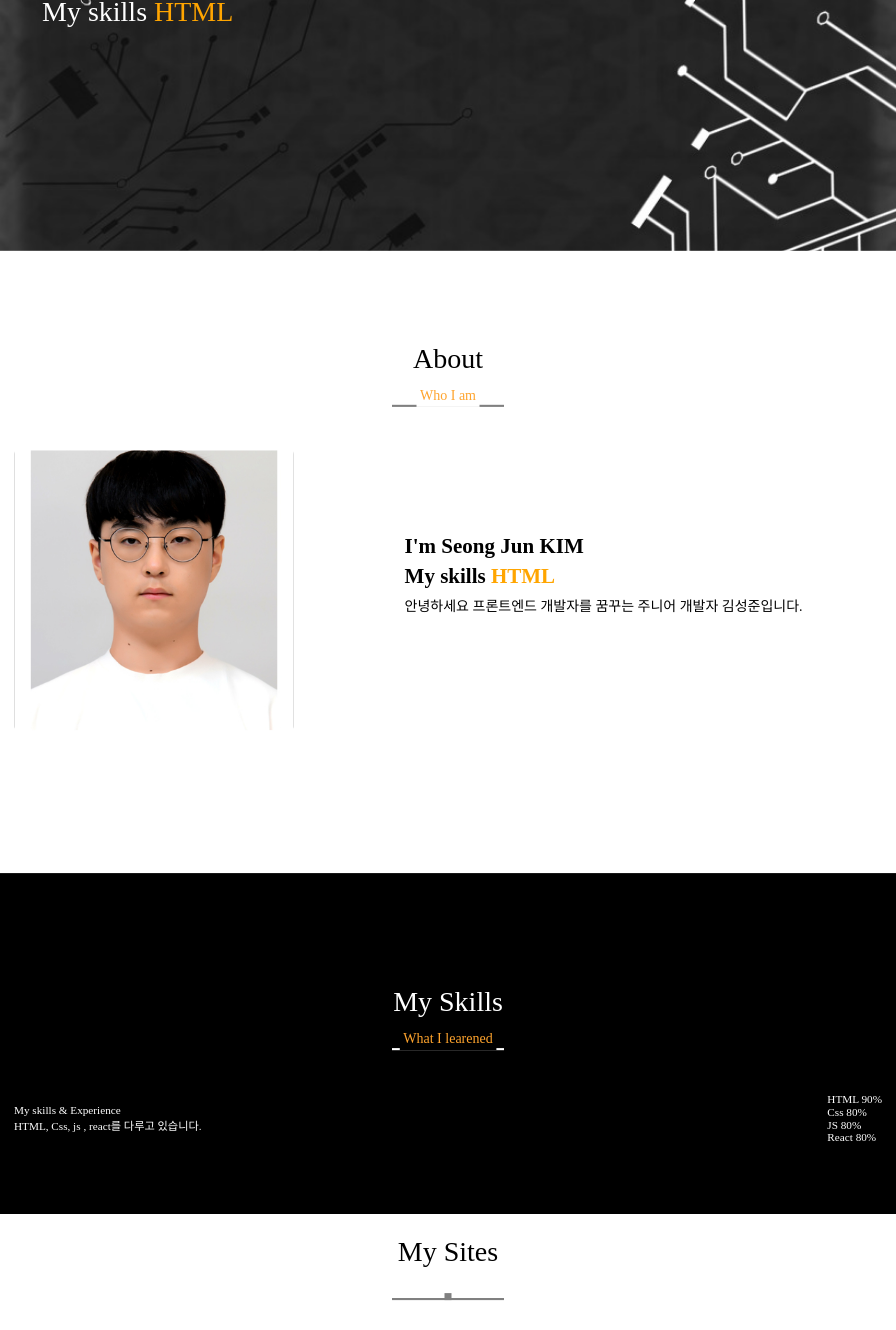
Repository: jun01270/jun
Page: index.html
These files come from the project's save history. The page is drawn as it stood at one moment and after the next save; the edit follows.
The browser window is 1280 px wide. The pictures show the part of the page from y = 435 to 2335 px (the page is 3348 px tall before and 3374 px after), at 70% of full size.
A picture or video elsewhere on the page could not be fetched, so the positions and the page height are approximate. Some web libraries are served in a nearby version.

Above is the page before, as saved 2023-05-10 14:49:11.

### index.html
<!DOCTYPE html>
<html lang="en">
  <head>
    <meta charset="UTF-8" />
    <meta http-equiv="X-UA-Compatible" content="IE=edge" />
    <meta name="viewport" content="width=device-width, initial-scale=1.0" />
    <link rel="stylesheet" href="./css/style.css" />
    <link rel="stylesheet" href="./css/home.css" />
    <link rel="stylesheet" href="./css/about.css" />
    <link rel="stylesheet" href="./css/skills.css" />
    <link rel="stylesheet" href="./css/contact.css" />

    <script
      src="https://kit.fontawesome.com/252eac6dbf.js"
      crossorigin="anonymous"
    ></script>
    <title>Jun's site</title>
  </head>
  <body>
    <nav class="navbar">
      <div class="max-width">
        <div class="logo">
          <a href="#home">Jun's <span>Site</span></a>
        </div>
        <ul class="menu-bar">
          <li><a href="#home" class="menu-btn" id="homeID">Home</a></li>
          <li><a href="#about" class="menu-btn" id="homeID">About</a></li>
          <li><a href="#skills" class="menu-btn">Skills</a></li>
          <li><a href="#my-sites" class="menu-btn">My Sties</a></li>
          <li><a href="#contact" class="menu-btn">Contact</a></li>
        </ul>
      </div>
    </nav>

    <!--home섹션-->
    <section class="home" id="home">
      <div class="max-width">
        <div class="home-section">
          <div class="text-1">Hello! My Name is</div>
          <div class="text-2">Seong Jun KIM</div>
          <div class="text-3">My skills <span class="typing1">HTML</span></div>
        </div>
      </div>
    </section>

    <!--about섹션-->
    <section class="about" id="about">
      <div class="max-width">
        <h2 class="title">About</h2>
        <div class="about-content">
          <div class="left-column"><img src="./img/profile.jpg" /></div>
          <div class="right-column">
            <div class="about-text">I'm Seong Jun KIM</div>
            <div class="about-skills">
              My skills <span class="typing2">HTML</span>
            </div>
            <p>
              안녕하세요 프론트엔드 개발자를 꿈꾸는 주니어 개발자 김성준입니다.
            </p>
          </div>
        </div>
      </div>
    </section>

    <!--skills섹션-->
    <section class="skills">
      <div class="max-width">
        <h2 class="title">My Skills</h2>
        <div class="skills-content">
          <div class="left-column">
            <div class="skills-text">
              <div class="sub-title">My skills & Experience</div>
              <p>HTML, Css, js , react를 다루고 있습니다.</p>
            </div>
          </div>
          <div class="rigth-column">
            <div class="bars">
              <div class="bars-content">
                <span>HTML</span>
                <span>90%</span>
              </div>
              <div class="line-html"></div>
            </div>
            <div class="bars">
              <div class="bars-content">
                <span>Css</span>
                <span>80%</span>
              </div>
              <div class="line-css"></div>
            </div>
            <div class="bars">
              <div class="bars-content">
                <span>JS</span>
                <span>80%</span>
              </div>
              <div class="line-js"></div>
            </div>
            <div class="bars">
              <div class="bars-content">
                <span>React</span>
                <span>80%</span>
              </div>
              <div class="line-react"></div>
            </div>
          </div>
        </div>
      </div>
    </section>

    <!--My sties섹션-->
    <section class="my-sites">
      <div class="max-width">
        <h2 class="title">My Sites</h2>
        <div class="my-sites-content">
          <div class="left-column">
            <a href="https://web-jun.tistory.com/" target="_blank">
              <div class="site">
                <div class="site-images">
                  <img src="/img/blog.jpg" alt="" />
                  <div class="site-text">BLOG</div>
                  <p>개발하는 블로그입니다.</p>
                </div>
              </div>
            </a>
          </div>
          <div class="right-column">
            <a href="https://github.com/jun01270" target="_blank">
              <div class="site">
                <div class="site-images">
                  <img src="/img/github.jpg" alt="" />
                  <div class="site-text">BLOG</div>
                  <p>깃허브 사이트입니다.</p>
                </div>
              </div>
            </a>
          </div>
        </div>
      </div>
    </section>

    <!--Contact 섹션-->
    <section class="contact">
      <div class="max-width">
        <h2 class="title">Contact me</h2>
        <div class="contact-content">
          <div class="left-column">
            <div class="contact-text">My information</div>
            <p>
              동양미래대학교 컴퓨터소프트웨어공학과를 졸업하여 프론트엔드
              개발자가 되고싶은 주니어 개발자입니다.
            </p>
            <div class="icons-content">
              <i class="fas fa-user"></i>
              <div class="info">
                <div class="head">Name</div>
                <div class="tail">Seong Jun KIM</div>
              </div>
            </div>
            <div class="icons-content">
              <i class="fas fa-envelope"></i>
              <div class="info">
                <div class="head">E-mail</div>
                <div class="tail">kimsj012731@gmail.com</div>
              </div>
            </div>
            <div class="icons-content">
              <i class="fas fa-map-marked-alt"></i>
              <div class="info">
                <div class="head">Address</div>
                <div class="tail">경기도 광명시</div>
              </div>
            </div>
          </div>
          <div class="right-column">
            <div class="contact-text">Message Me!</div>
            <form action="#">
              <div class="fields">
                <div class="fields name">
                  <input type="text" placeholder="Name" />
                </div>
                <div class="fields Email">
                  <input type="email" placeholder="E-mail" />
                </div>
              </div>
              <div class="fields subject">
                <input type="text" placeholder="Subject" />
              </div>
              <div class="fields contact-area">
                <textarea
                  cols="30"
                  rows="10"
                  placeholder="Contact.. "
                  required
                ></textarea>
              </div>
              <div class="button">
                <button type="submit">Send Message</button>
              </div>
            </form>
          </div>
        </div>
      </div>
    </section>

    <!--Footer섹션-->
    <footer></footer>

    <!--JS섹션-->
  </body>
</html>

### css/style.css
@import url("https://fonts.googleapis.com/css2?family=Lora&display=swap");

* {
  margin: 0;
  padding: 0;
  box-sizing: border-box;
  text-decoration: none;
}

html {
  scroll-behavior: smooth;
}

.home .about .skills .my-sites .contact {
  padding-top: 86px;
}

.max-width {
  max-width: 1300px;
  padding: 0 20px;
  margin: auto;
}

.section {
  padding: 100px 0;
}

/* .about, .skills, .my-sites, .contact, .footer{
    //폰트삽입
} */

.title {
  position: relative;
  text-align: center;
  font-size: 40px;
  font-weight: 500;
  margin: 30px 0 100px 0;
  padding-bottom: 8px;
}

.title::before {
  content: "";
  position: absolute;
  bottom: -38px;
  left: 50%;
  width: 160px;
  height: 3px;
  background-color: gray;
  transform: translateX(-50%);
}

.title::after {
  content: "";
  position: absolute;
  bottom: -38px;
  left: 50%;
  font-size: 20px;
  color: rgb(255, 164, 45);
  padding: 5px;
  background-color: gray;
  transform: translateX(-50%);
}

.about .about-content,
.skills .skills-content,
.my-sites .my-sites-content,
.contact .contact-content {
  display: flex;
  align-items: center;
  flex-wrap: wrap;
  justify-content: space-between;
}

.navbar {
  position: relative;
  width: 100%;
  padding: 20px 0;
  z-index: 999;
  transition: all 0.3s ease;
  background-color: burlywood;
}

.navbar .max-width {
  display: flex;
  align-items: center;
  justify-content: space-between;
}

.navbar .logo {
  font-size: 30px;
  font-weight: 600;
  margin-left: 20px;
  color: black;
}

.navbar .logo a {
  color: white;
  text-decoration: none;
}

.navbar .logo a span {
  color: orange;
  transition: all 0.3s ease;
}

.navbar .menu-bar li {
  list-style: none;
  margin: 5px 20px 0 0;
  display: inline-block;
}

.navbar .menu-bar li a {
  display: block;
  text-decoration: none;
  font-size: 20px;
  font-weight: 500;
  margin-left: 15px;
  transition: all 0.3s ease;
}

.menu-bar li:hover {
  background-color: orange;
  border-radius: 3px;
}

.navbar.sticky {
  padding: 20px 0;
  background-color: black;
}

.navbar.sticky .logo a span {
  color: white;
}

.navbar.sticky .menu-bar li a:hover {
  color: white;
}

.navbar .menu-btn {
  color: white;
  font-size: 25px;
  display: none;
  cursor: pointer;
}

@media screen and (max-width: 700px) {
  .navbar {
    flex-direction: column;
    align-items: flex-start;
    margin: 0;
  }

  .menu-bar {
    flex-direction: column;
    align-items: center;
    width: 100%;
  }

  .menu-bar li {
    width: 100%;
    text-align: center;
  }
}

### css/home.css
.home {
  display: flex;
  height: 100vh;
  min-height: 500px;
  color: white;
  background: url("../img/back.jpg") no-repeat center;
  background-size: cover;
}

.home .max-width {
  margin: auto 0 auto 40px;
}

.home .home-section .text1 {
  font-size: 30px;
}

.home .home-section .text2 {
  font-size: 75px;
  font-weight: 600;
}

.home .home-section .text-3 {
  font-size: 40px;
}

.home .home-section .text-3 span {
  color: orange;
  font-weight: 500;
}

### css/about.css
.about {
  padding: 100px 0;
  transition: all 0.3s ease;
}

.about .title::after {
  content: "Who I am";
  background-color: white;
}

.about .about-content {
  margin-bottom: 100px;
}

.about .about-content .left-column {
  width: 45%;
}

.about .about-content .left-column img {
  height: 400px;
  width: 400px;
  object-fit: cover;
  border-radius: 6px;
}

.about .about-content .right-column {
  width: 55%;
  margin-bottom: 50px;
}

.about .about-content .right-column .about-text,
.about .about-content .right-column .about-skills {
  font-size: 30px;
  font-weight: 600;
  margin-bottom: 10px;
}

.about .about-content .right-column .about-skills span {
  color: orange;
}

.about .about-content .right-column P {
  text-align: justify;
  font-size: 20px;
}

### css/skills.css
.skills {
  padding: 100px 0;
  transition: all 0.3s ease;
}

.skills .title {
  padding-top: 30px;
}

.skills .title::before {
  background-color: white;
}

.skills .title::after {
  content: "What I learened";
  background-color: black;
}

.skills {
  color: white;
  background-color: black;
  padding-bottom: 100px;
}

Loaded but not shown: css/contact.css (no stored copy; drawn as an empty file)

After the next save:
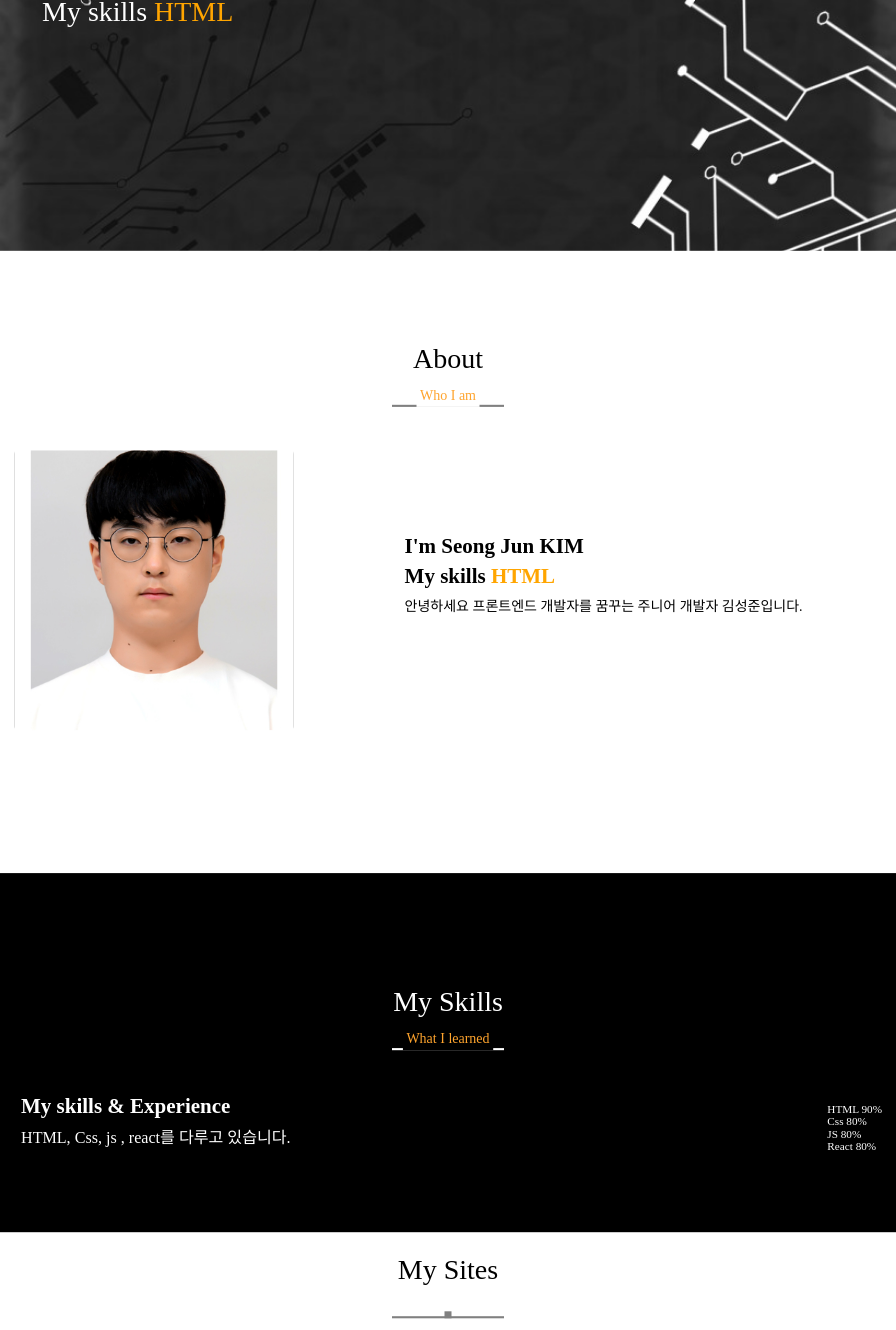
Saved 3 min 2 s later.
--- a/css/skills.css
+++ b/css/skills.css
@@ -12,7 +12,7 @@
 }
 
 .skills .title::after {
-  content: "What I learened";
+  content: "What I learned";
   background-color: black;
 }
 
@@ -21,3 +21,23 @@
   background-color: black;
   padding-bottom: 100px;
 }
+
+.skills .sub-title {
+  font-size: 30px;
+  font-weight: 600;
+  padding-bottom: 10px;
+}
+
+.skills .skills-content .column {
+  width: calc(50% - 30px);
+}
+
+.skills .skills-content .left-column .skills-text {
+  font-size: 23px;
+  font-weight: 300;
+  margin: 0 0 20px 10px;
+  text-align: justify;
+}
+
+.skills .skills-content .right-column .bars {
+}
